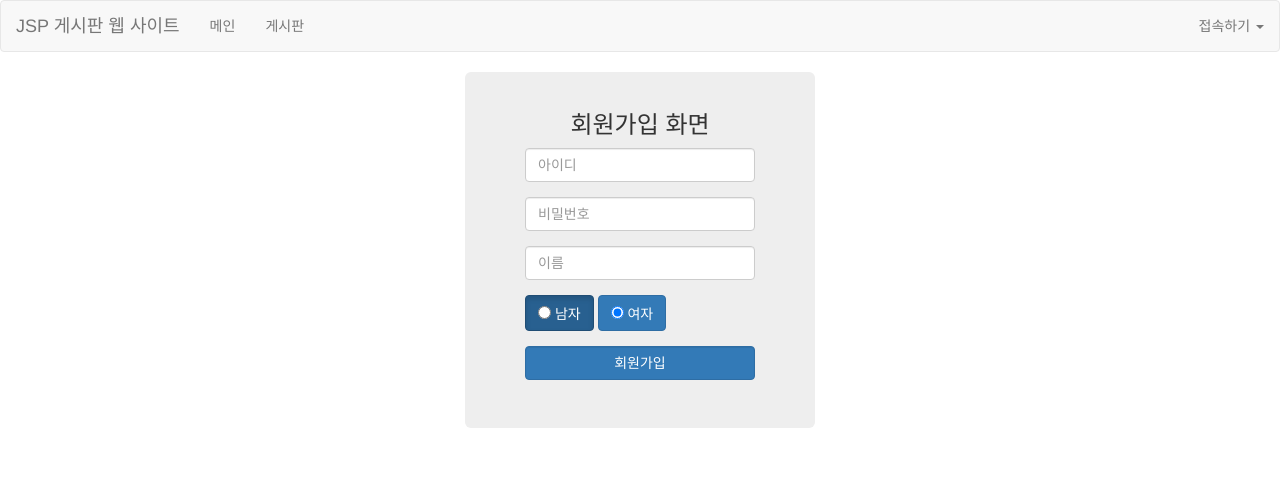
Repository: GorillaDunk/JSP
Page: http://localhost/BBS/join.jsp
An editor plug-in stored every save of this project. The page is shown before and after the next save, followed by the edit.
The browser window is 1280 px wide. The pictures show the whole page.
Some web libraries are served in a nearby version. The page is served by Tomcat 9.

Above is the page before, as saved 2023-10-14 10:04:39.

After the next save:
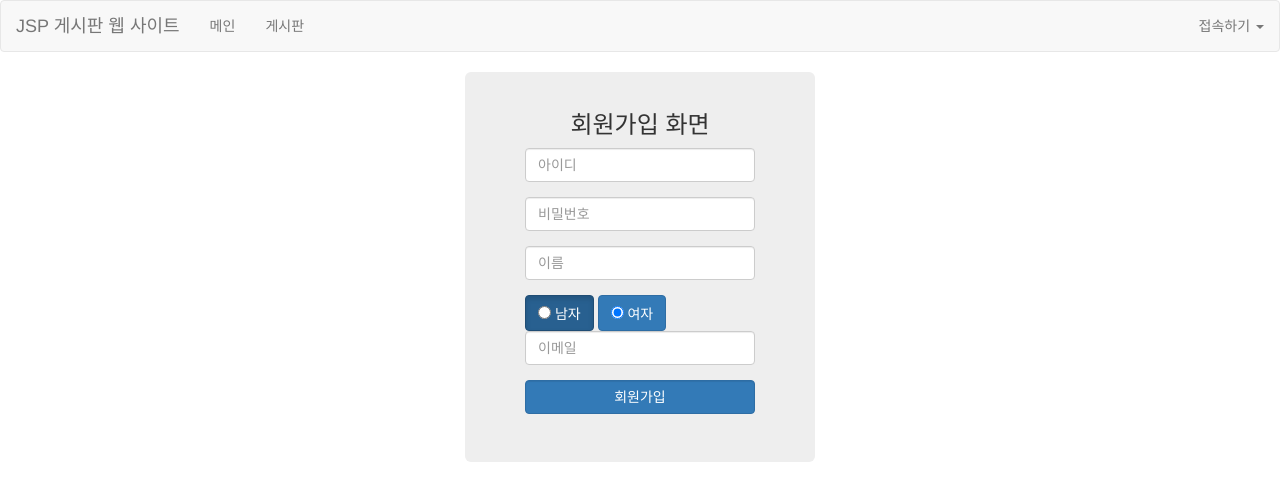
Saved 111 s later.
--- a/projects/BBS/src/main/webapp/join.jsp
+++ b/projects/BBS/src/main/webapp/join.jsp
@@ -48,7 +48,7 @@
 		<div class="col-lg-4"></div>
 		<div class="col-lg-4">
 			<div class="jumbotron" style="padding-top:20px;">
-				<form method="post" action="loginAction.jsp">
+				<form method="post" action="joinAction.jsp">
 					<h3 style="text-align: center"> 회원가입 화면</h3>
 					<div class="form-group">
 						<input type="text" class="form-control" placeholder="아이디" name="userID" maxlength="20">
@@ -66,6 +66,9 @@
 						<label class="btn btn-primary">
 							<input type="radio" name="userGender" autocomplete="off" value="여자" checked> 여자
 						</label>
+					<div class="form-group">
+						<input type="email" class="form-control" placeholder="이메일" name="userEmail" maxlength="20">
+					</div>
 					</div>
 					<input type="submit" class="btn btn-primary form-control" value="회원가입">
 				</form>
